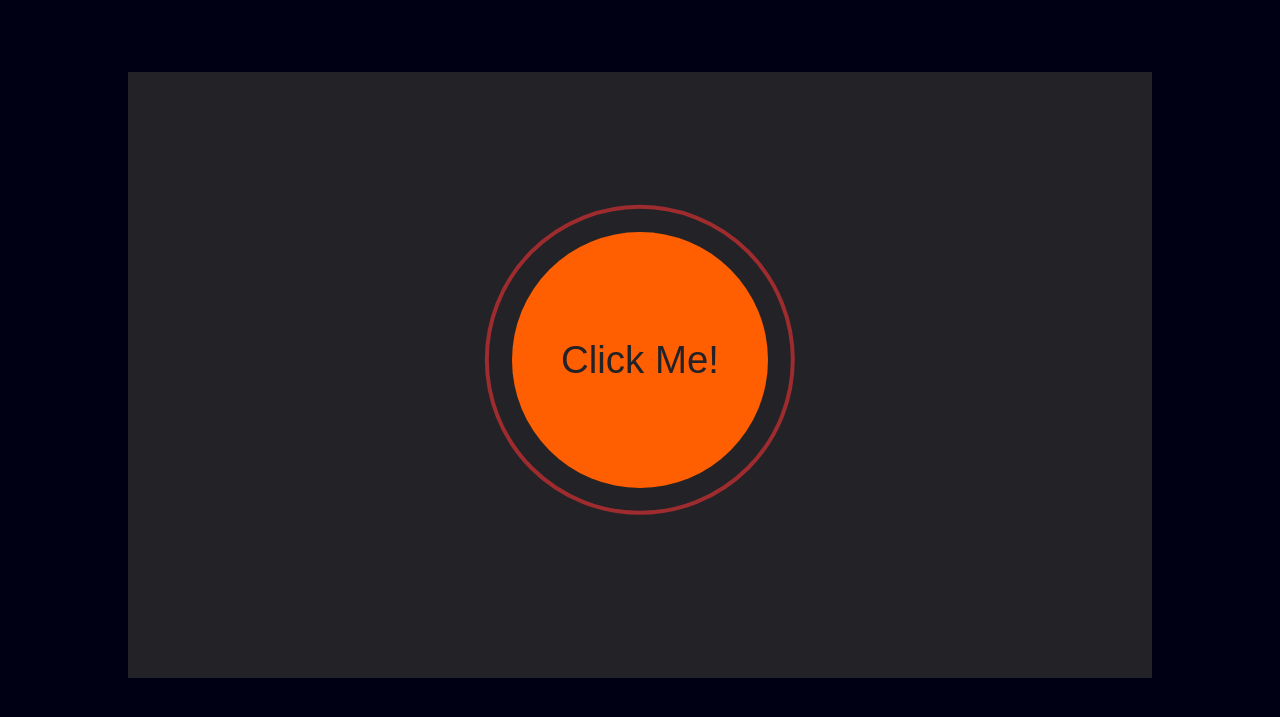
Repository: Francois-QUICODE/CSS-Micro-Projects
Page: Projects/02-Pulsating-Button.html
These files come from the project's save history. The page is drawn as it stood at one moment and after the next save; the edit follows.
The browser window is 1280 px wide. The pictures show the whole page.
The pointer rests on the first visible `.pulsation`.
Some web fonts or font styles are not loaded; a fallback is used.

Above is the page before, as saved 2020-11-29 17:45:48.

After the next save:
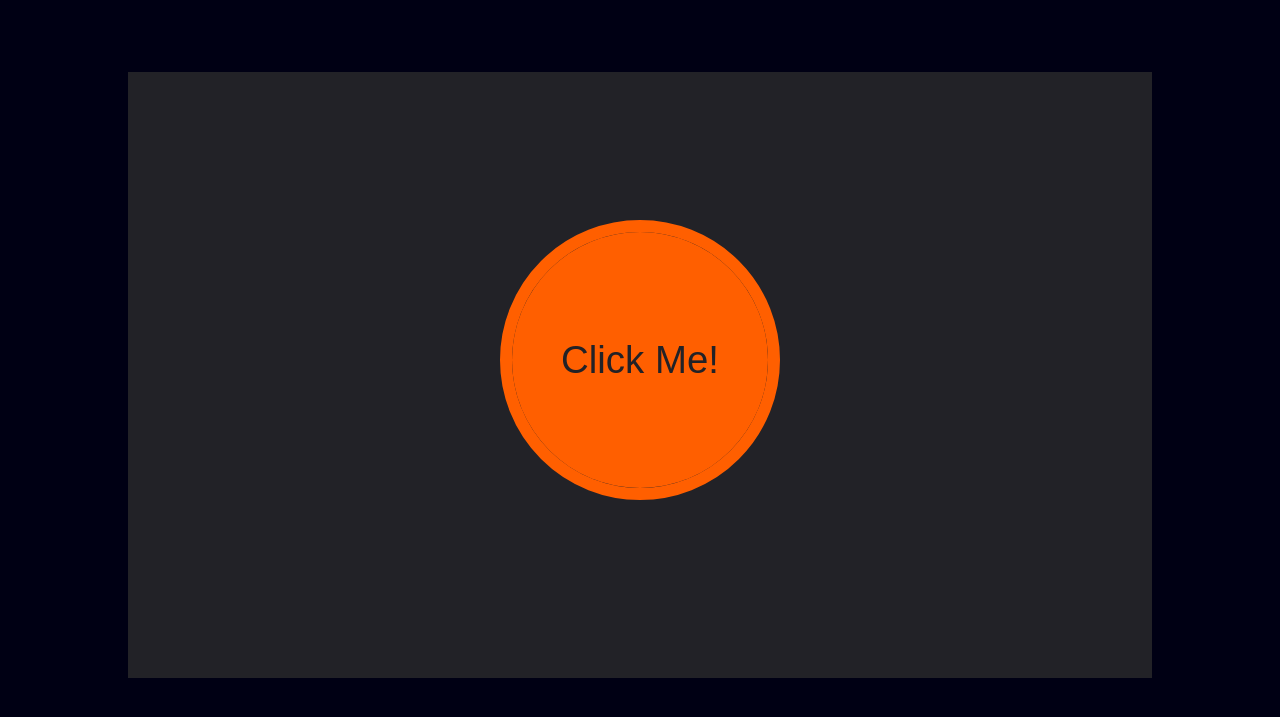
Saved 26 s later.
--- a/Projects/02-Pulsating-Button.html
+++ b/Projects/02-Pulsating-Button.html
@@ -56,6 +56,10 @@
         transition: ease;
       }
 
+      .pulsation:hover {
+        animation: none;
+      }
+
       @keyframes pulsating {
         50% {
           width: 21vw;
